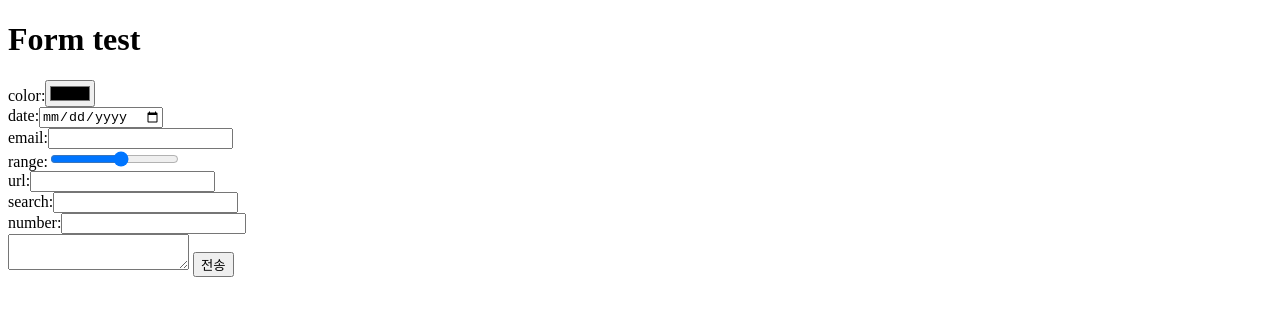
Repository: hyungju2/SSAFY_JavaPractice
Page: 20190211_HTML/web_java/HTMLProject/WebContent/html/Formtest2.html
The author's editor kept a copy of each file at every save. The page is drawn from the files as they stood at one save, then again after the next save.
The browser window is 1280 px wide. The pictures show the whole page.

Above is the page before, as saved 2019-02-11 06:30:53.

### 20190211_HTML/web_java/HTMLProject/WebContent/html/Formtest2.html
<!DOCTYPE html>
<html>
<head>
<meta charset="EUC-KR">
<title>Insert title here</title>
</head>
<body>
<h1>Form test</h1>
<form method = "post" action="welcome.jsp">
	color:<input type="color"><br>
	date:<input type="date"><br>
	email:<input type="email"><br>
	range:<input type="range" min="1" max="10" step="1"><br>
	url:<input type="url"><br>
	search:<input type="search"><br>
	number:<input type="number"><br>

	<textarea row="5" colos="30"></textarea>

	<input type="submit" value="전송">



</form>
</body>
</html>

After the next save:
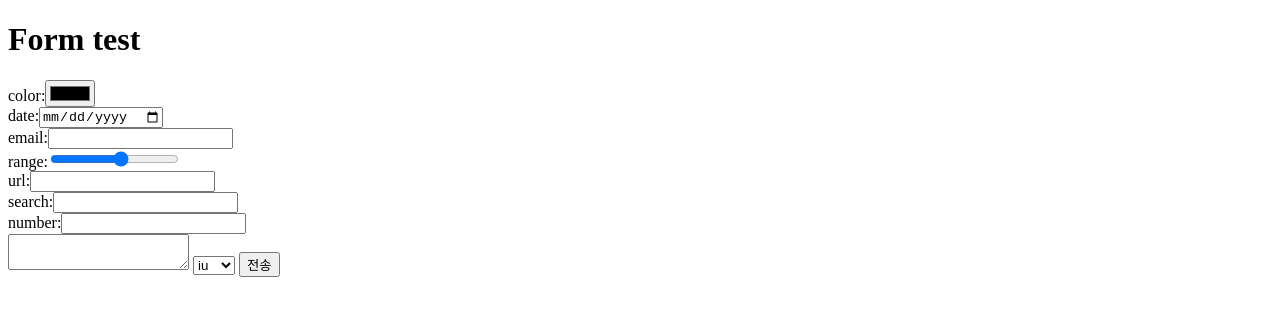
Saved 3 min 46 s later.
--- a/20190211_HTML/web_java/HTMLProject/WebContent/html/Formtest2.html
+++ b/20190211_HTML/web_java/HTMLProject/WebContent/html/Formtest2.html
@@ -16,7 +16,13 @@
 	number:<input type="number"><br>
 
 	<textarea row="5" colos="30"></textarea>
+	<select name="Singer">
+		<option value="1">iu</option>
+		<option value="2">red</option>
 
+
+
+	</select>
 	<input type="submit" value="전송">
 
 
